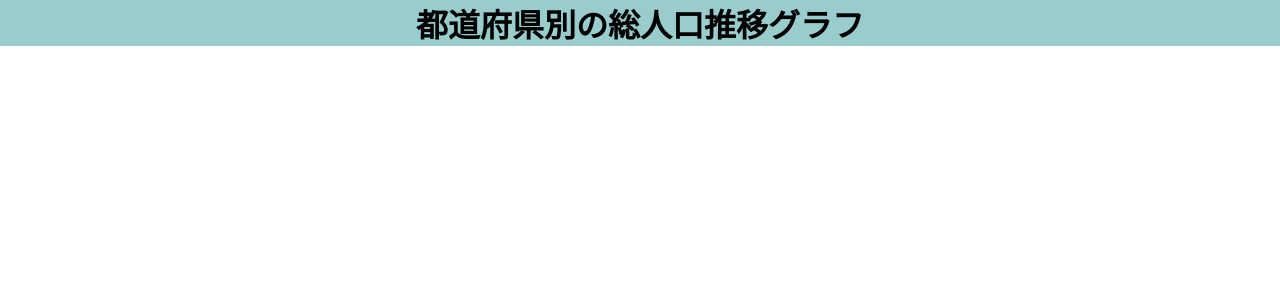
Repository: shisyamoCat/reqriutment-test
Page: /
The author's editor kept a copy of each file at every save. The page is drawn from the files as they stood at one save, then again after the next save.
The browser window is 1280 px wide. The pictures show the whole page.
The page's requests for data from a server got no answer. The project was rebuilt for these pictures with package versions that can differ from the ones it lists, and the page was loaded fresh each time. No one was signed in, and anything a server would have sent is missing. Also part of the build but not shown: src/components/Pref.jsx.

Above is the page before, as saved 2022-07-06 19:09:29.

After the next save:
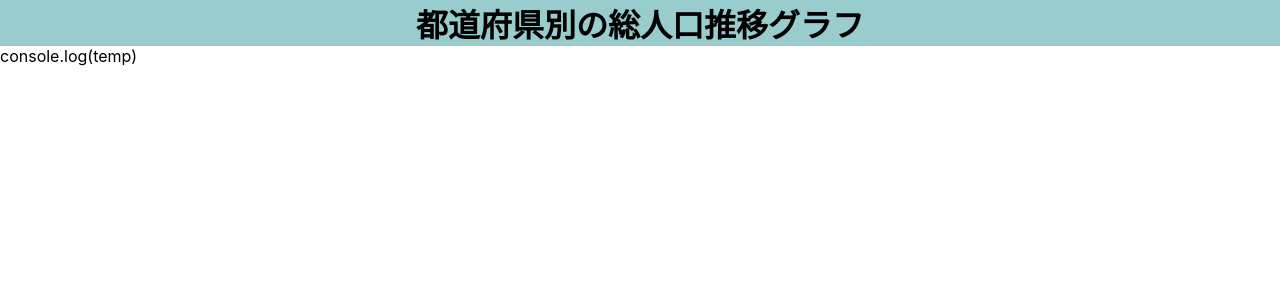
Saved 40 s later.
--- a/src/App.js
+++ b/src/App.js
@@ -40,7 +40,7 @@
                 )
             })
         });
-        console.log(temp)
+        // console.log(temp)
     });
 
     return (
@@ -51,6 +51,8 @@
 
             <main>
                 {/* 都道府県別チェックボックス */}
+                console.log(temp)
+
                 <div className="pref-grid">
                     {temp.map((value,index) =>
                         <Pref

After the save that followed:
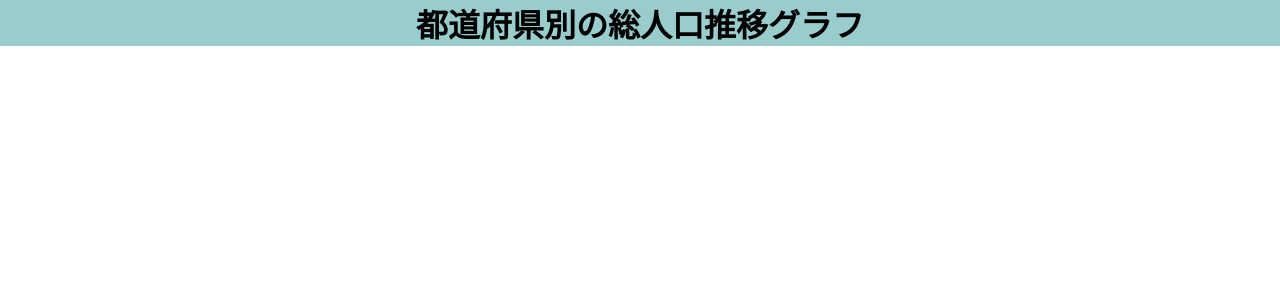
Saved 18 s later.
--- a/src/App.js
+++ b/src/App.js
@@ -51,7 +51,7 @@
 
             <main>
                 {/* 都道府県別チェックボックス */}
-                console.log(temp)
+                {console.log(temp)}
 
                 <div className="pref-grid">
                     {temp.map((value,index) =>
